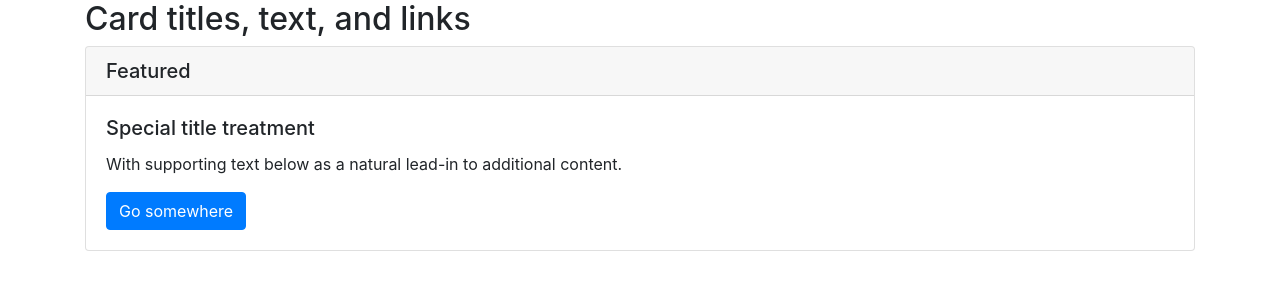
Repository: acciojob/bootstrap-card-vandanayadav15
Page: main.html
These files come from the project's save history. The page is drawn as it stood at one moment and after the next save; the edit follows.
The browser window is 1280 px wide. The pictures show the whole page.

Above is the page before, as saved 2022-10-28 23:19:21.

After the next save:
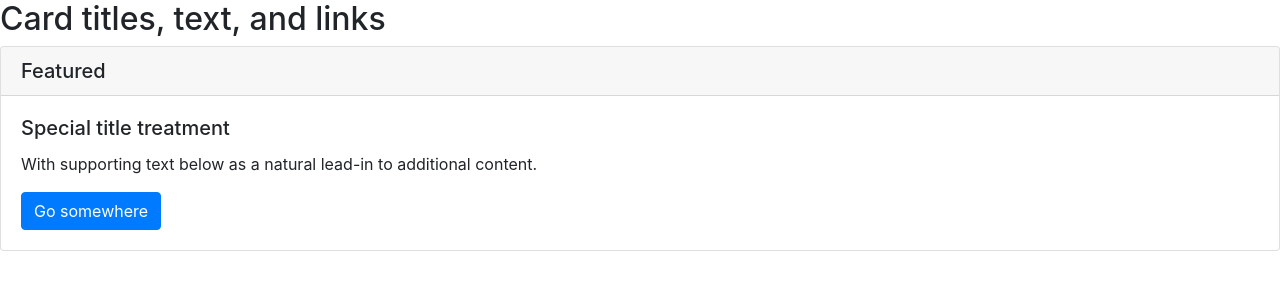
Saved 34 s later.
--- a/main.html
+++ b/main.html
@@ -13,7 +13,7 @@
 
 <body>
 
-	<div class="container">
+	<!-- <div class="container"> -->
 		<h2>Card titles, text, and links</h2>
 		<div class="card">
 			<h5 class="card-header">Featured</h5>

After the 3 saves that followed:
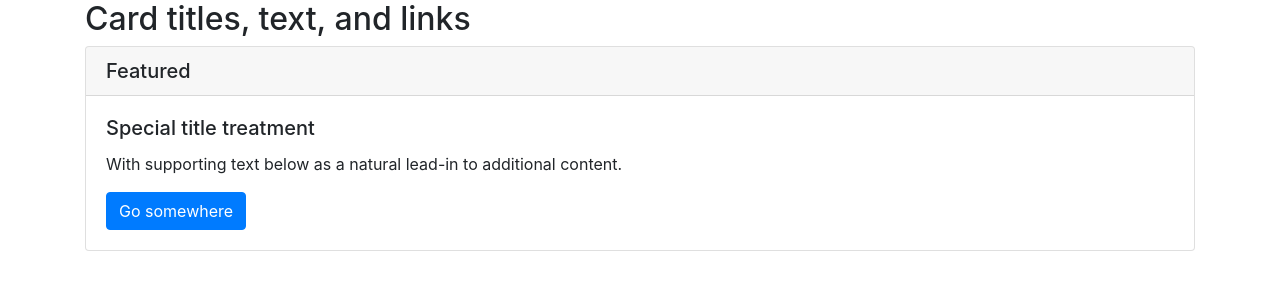
The 3 saves are shown as one change because 1 left the picture as it was and some came seconds apart.
The last was saved 23 s later.
--- a/main.html
+++ b/main.html
@@ -13,7 +13,7 @@
 
 <body>
 
-	<!-- <div class="container"> -->
+	<div class="container">
 		<h2>Card titles, text, and links</h2>
 		<div class="card">
 			<h5 class="card-header">Featured</h5>
